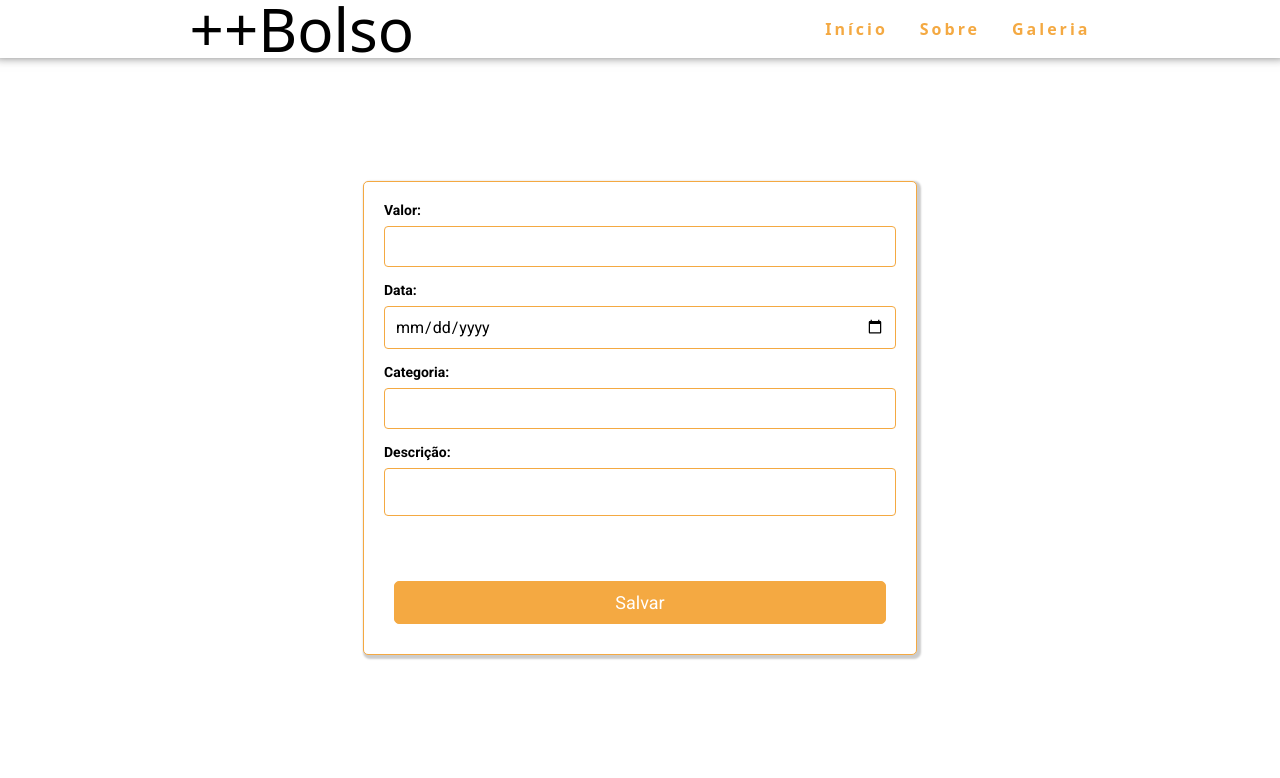
Repository: alexsanderkafka/java-servlets
Page: http://localhost/SaveMoney/cadastrarDespesa.jsp
An editor plug-in stored every save of this project. The page is shown before and after the next save, followed by the edit.
The browser window is 1280 px wide. The pictures show the whole page.
The page is served by Tomcat 9. Nobody is signed in. The application's start-up code is not run. Other server files are loaded and not shown.

Above is the page before, as saved 2024-10-03 13:19:24.

### SaveMoney/src/main/webapp/cadastrarDespesa.jsp
<%@ page language="java" contentType="text/html; charset=UTF-8"
    pageEncoding="UTF-8"%>
<!DOCTYPE html>
<html>
<head>
	<meta charset="UTF-8">
	<title>Insert title here</title>
	<link rel="stylesheet" href="styles/style.css">
</head>
<body>
	<header>
        <nav>
          <div class="logo">
          	<h1>++Bolso</h1>
          </div>
          <ul class="nav-list">
            <li><a href="###">Início</a></li>
            <li><a href="###">Sobre</a></li>
            <li><a href="###">Galeria</a></li>
          </ul>
        </nav>
    </header>

	<div class="container-initial">
        <div class="box-register">
        	<label>Valor: </label>
        	<input type="number">
        	<label>Data: </label>
        	<input type="date">
        	<label>Categoria: </label>
        	<input type="text">
        	<label>Descrição: </label>
        	<textarea rows="5" cols="2"></textarea>
        	<button class="primary-buttons">Salvar</button>
        </div>
    </div>

</body>
</html>

### SaveMoney/src/main/webapp/styles/style.css
@import url('https://fonts.googleapis.com/css2?family=Roboto:ital,wght@0,100;0,300;0,400;0,500;0,700;0,900;1,100;1,300;1,400;1,500;1,700;1,900&display=swap');

html, body, div, span, applet, object, iframe,
h1, h2, h3, h4, h5, h6, p, blockquote, pre,
a, abbr, acronym, address, big, cite, code,
del, dfn, em, img, ins, kbd, q, s, samp,
small, strike, strong, sub, sup, tt, var,
b, u, i, center,
dl, dt, dd, ol, ul, li,
fieldset, form, label, legend,
table, caption, tbody, tfoot, thead, tr, th, td,
article, aside, canvas, details, embed,
figure, figcaption, footer, header, hgroup,
menu, nav, output, ruby, section, summary,
time, mark, audio, video {
    margin: 0;
    padding: 0;
    border: 0;
    font-size: 100%;
    font: inherit;
    vertical-align: baseline;
}

html, body {
    height: 100%;
    margin: 0;
    padding: 0;
}


header{
    background-color: white;
    position: sticky;
    z-index: 999;
    top: -10px;
    box-shadow: 0 -6px 10px 5px rgba(0,0,0,0.6);
}

.logo h1{
    font-size: 60px;
}

nav{
    display: flex;
    justify-content: space-around;
    align-items: center;
    font-family: system-ui, -apple-system, Helvetica, Arial, sans-serif;
    height: 8vh;
}

.nav-list{
    list-style: none;
    display: flex;
}

.nav-list li {
    letter-spacing: 3px;
    margin-left: 32px;
}

.nav-list li a{
    text-decoration: none;
    color: #F4A942;
    font-weight: bold;

}

.nav-list li a:hover{
	color: #f7b64e;
}


/*CSS INDEX*/
.container-initial {
    width: 100%;
    height: 100%;
    display: flex;
    flex-direction: column;
    justify-content: center;
    align-items: center;
}

.container-initial h1{
    font-size: 64px;
    font-family: "Roboto", system-ui;
    font-weight: 600;
    text-decoration: underline;
    text-decoration-color: #F4A942;
    margin-bottom: 25px;
}

.box-menu {
    width: 300px;
    height: 300px;
    background: white;
    border: 1px solid #F4A942;
    border-radius: 5px;
    display: flex;
    flex-direction: column;
    justify-content: center;
    box-shadow: 2px 2px 2px 2px rgba(0, 0, 0, 0.2);
}


.primary-buttons{
	margin: 10px;
	padding: 10px;
	border: 1px solid #F4A942;
	background: #F4A942;
	border-radius: 5px;
	color: white;
	font-weight: 400;
	font-family: "Roboto", system-ui;
	font-size: 18px;
	transition: background-color 0.5s ease;
}

.primary-buttons:hover{
	background-color: #f7b64e;
}

/*CSS PAGINA CADASTRO DE DESPESA*/
.container-initial {
    font-family: 'Roboto', sans-serif;
}

.box-register {
    width: 40%;
    height: 60%;
    background: white;
    border: 1px solid #F4A942;
    border-radius: 5px;
    padding: 20px;

    display: flex;
    flex-direction: column;
    box-shadow: 2px 2px 2px 2px rgba(0, 0, 0, 0.2);
}

.container-initial label {
    display: block;
    margin-bottom: 8px;
    font-weight: bold;
    font-size: 14px;
    color: #000;
}

.container-initial input,
.container-initial textarea {
    width: 100%;
    padding: 10px;
    margin-bottom: 15px;
    border: 1px solid #F4A942;
    border-radius: 4px;
    box-sizing: border-box;
    font-family: 'Roboto', sans-serif;
    font-size: 16px;
}

.container-initial textarea {
    resize: none;
}

.box-register .primary-buttons{
	margin-top: 50px;
}

After the next save:
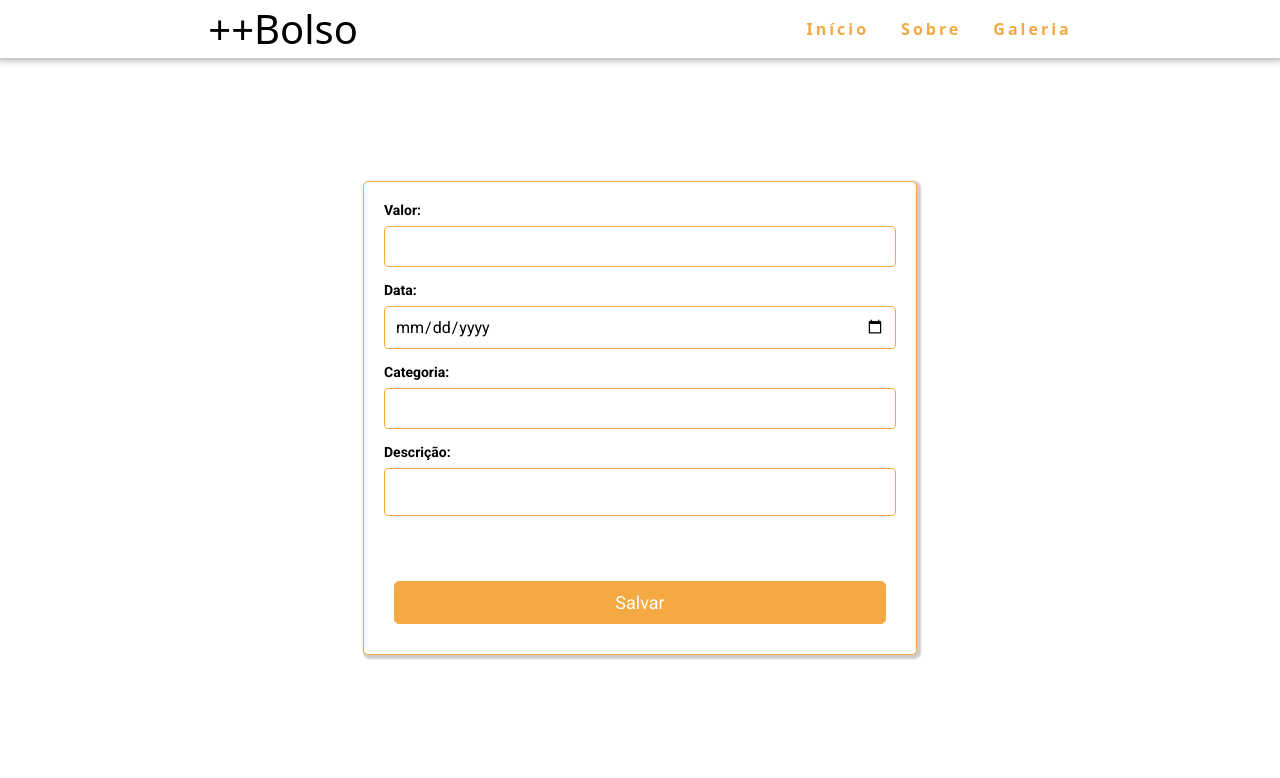
Saved 14 s later.
--- a/SaveMoney/src/main/webapp/styles/style.css
+++ b/SaveMoney/src/main/webapp/styles/style.css
@@ -37,7 +37,7 @@ header{
 }
 
 .logo h1{
-    font-size: 60px;
+    font-size: 40px;
 }
 
 nav{
